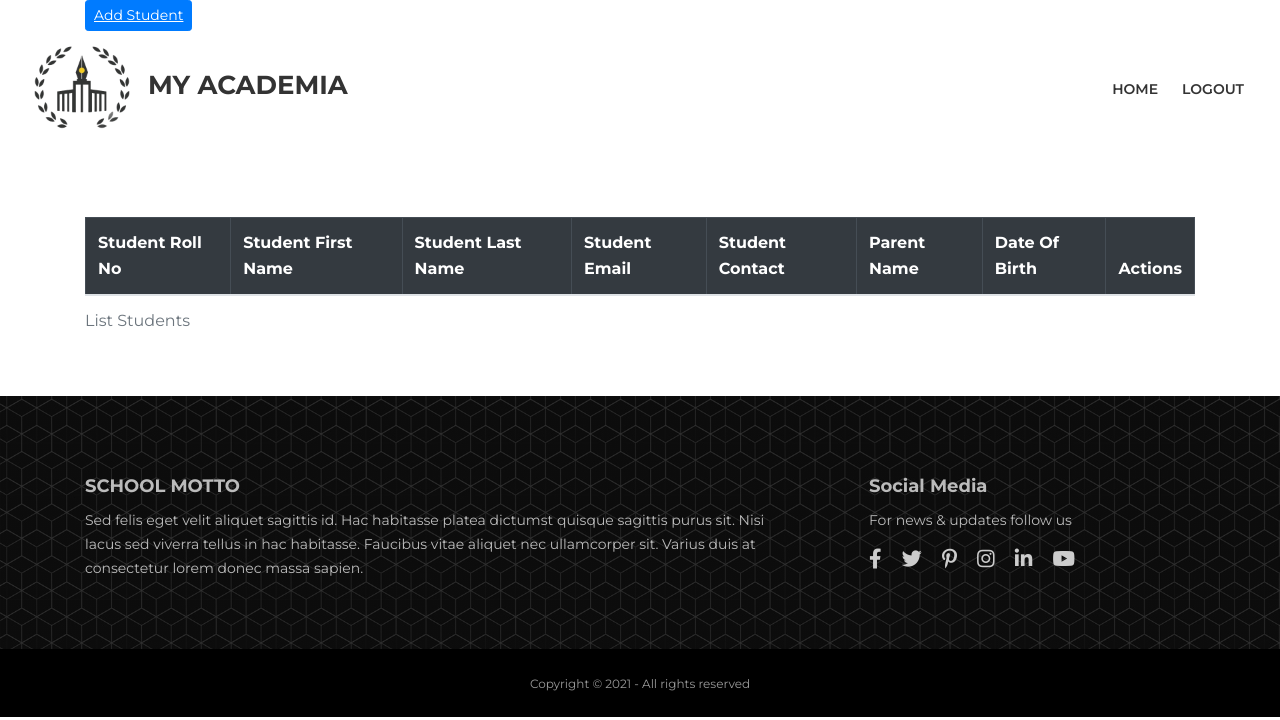
Repository: SaxenaAbhay/DBMS2023
Page: http://localhost/students
These files come from the project's save history. The page is drawn as it stood at one moment and after the next save; the edit follows.
The browser window is 1280 px wide. The pictures show the whole page.
The page is this project's Thymeleaf template; nobody is signed in. The template is opened directly, without the code that normally fills it, so the values that code supplies are empty.

Above is the page before, as saved 2023-10-22 11:04:59.

### school-managment-system/src/main/resources/templates/students.html
<!DOCTYPE html>
<html lang="en">
    <head>
        <meta charset="utf-8">
        <meta name="viewport" content="width=device-width, initial-scale=1, shrink-to-fit=no">

        <!-- SEO Meta Tags -->
        <meta name="description" content="My Academia">
        <meta name="keywords" content="school website, responsive">
        <meta name="author" content="Yashwini Bansal">

        <!-- Website Title -->
        <title>My Academia</title>

        <link href="https://fonts.googleapis.com/css?family=Montserrat:400,400i,600,700,700i&display=swap" rel="stylesheet">

        <link href="css/bootstrap.css" rel="stylesheet">
        <link href="css/fontawesome-all.css" rel="stylesheet">
        <link href="css/swiper.css" rel="stylesheet">
        <link href="css/styles.css" rel="stylesheet">

        <link rel="icon" href="images/logo2.jpg">

        <!-- Scripts -->
        <script src="js/jquery.min.js" defer></script>
        <script src="js/popper.min.js" defer></script>
        <script src="js/bootstrap.min.js" defer></script>
        <script src="js/jquery.easing.min.js" defer></script>
        <script src="js/swiper.min.js" defer></script>
        <script src="js/validator.min.js" defer></script>
        <script src="js/scripts.js" defer></script>
    </head>
    <body  data-spy="scroll"  data-target=".fixed-top">

        <!-- Preloader -->
        <div class="spinner-wrapper">
            <div class="spinner">
                <div class="bounce1"></div>
                <div class="bounce2"></div>
                <div class="bounce3"></div>
            </div>
        </div>
        <!-- end of preloader -->


        <!-- Navigation -->
        <nav class="navbar navbar-expand-lg navbar-dark navbar-custom fixed-top">

            <!-- Logo -->
            <a class="navbar-brand logo-image" href="./index.html"><img src="./images/logo.jpg"></a><h3>MY ACADEMIA</h3>

            <!-- Mobile Menu Toggle Button -->
            <button class="navbar-toggler" type="button" data-toggle="collapse" data-target="#navbarsExampleDefault" aria-controls="navbarsExampleDefault" aria-expanded="false" aria-label="Toggle navigation">
                <span class="navbar-toggler-awesome fas fa-bars"></span>
                <span class="navbar-toggler-awesome fas fa-times"></span>
            </button>
            <!-- end of mobile menu toggle button -->

            <div class="collapse navbar-collapse" id="navbarsExampleDefault">
                <ul class="navbar-nav ml-auto">
                    <li class="nav-item">
                        <a class="nav-link page-scroll" href="./dashboard.html">HOME</a>
                    </li>
                    <li class="nav-item">
                        <a class="nav-link page-scroll" href="./login.html">LOGOUT</a>
                    </li>
                </ul>
            </div>
        </nav>


            <!--<div class="col-md-4 mt-1">
                <div class="card text-center sidebar">
                    <div class="card-body">
                        <img src = "./images/prof.png" class="rounded-circle" width="150">
                        <div class="mt-3">
                            <a href="./subjects.html">SUBJECTS</a>
                            <a href="./stud_attendance.html">ATTENDANCE</a>
                            <a href="./stud_marks.html">RESULTS</a>
                        </div>
                    </div>
                </div>
            </div>
            <div class="col-md-8 mt-1">
                <div class="card mb-3 content">
                    <h1 class="m-3 pt-3">Hello STUD_NAME...</h1>
                    <div class="card-body">
                        <div class="row">
                            <div class="col-md-3"><h5>Full Name</h5></div>
                            <div class="col-md-9 text-secondary">name</div>
                        </div>
                        <div class="row">
                            <div class="col-md-3"><h5>Class</h5></div>
                            <div class="col-md-9 text-secondary">name</div>
                        </div>
                        <div class="row">
                            <div class="col-md-3"><h5>Enrollment No.</h5></div>
                            <div class="col-md-9 text-secondary">name</div>
                        </div>
                        <div class="row">
                            <div class="col-md-3"><h5>Contact No.</h5></div>
                            <div class="col-md-9 text-secondary">name</div>
                        </div>
                        <div class="row">
                            <div class="col-md-3"><h5>Email id</h5></div>
                            <div class="col-md-9 text-secondary">name</div>
                        </div>
                        <div class="row">
                            <div class="col-md-3"><h5>Permanent address</h5></div>
                            <div class="col-md-9 text-secondary">name</div>
                        </div>
                        <div class="row">
                            <div class="col-md-3"><h5>D.O.B.</h5></div>
                            <div class="col-md-9 text-secondary">name</div>
                        </div>
                        <div class="row">
                            <div class="col-md-3"><h5>Blood Group</h5></div>
                            <div class="col-md-9 text-secondary">name</div>
                        </div>
                        <div class="row">
                            <div class="col-md-3"><h5>Aadhaar No.</h5></div>
                            <div class="col-md-9 text-secondary">name</div>
                        </div>
                    </div>
                </div>
            </div>-->
        <div class="container">
		<!--<div class="row">
			<h1> List Students</h1>
		</div>-->
		<div class ="row">
            <div class="col-lg-3">
                <a th:href="@{/students/new}" class="btn btn-primary btn-sm mb-3">Add Student</a>
            </div>
        </div>
		<table class="table table-striped table-bordered" >
			<caption>List Students</caption>
		<thead class="table-dark">
			<tr>
				<th>Student Roll No</th>
				<th>Student First Name</th>
				<th>Student Last Name</th>
				<th>Student Email</th>
				<th>Student Contact</th>
				<th>Parent Name</th>
				<th>Date Of Birth</th>
				<th>Actions</th>
			</tr>
		</thead>
		<tbody>
			<tr th:each="student: ${students}">
				<td th:text = "${student.scholarId}"></td>
				<td th:text = "${student.firstname}"></td>
				<td th:text = "${student.lastname}"></td>
				<td th:text = "${student.email}"></td>
				<td th:text = "${student.contact}"></td>
				<td th:text = "${student.parentName}"></td>
				<td th:text = "${student.dob}"></td>
				<td>
					<a th:href="@{/students/edit/{scholarId}(scholarId=${student.scholarId})}" class="btn btn-primary">Update</a>
					<a th:href="@{/students/{scholarId}(scholarId=${student.scholarId})}" class="btn btn-danger">Delete</a>

				</td>
			</tr>
		</tbody>
		</table>
	</div>

       <!-- <a class="btn-solid-reg chng-pswd" href="">Change Password</a>-->
        <div class="clearfix"></div>

        <!-- Footer -->
        <div class="footer">
            <div class="container">
                <div class="row">
                    <div class="col-md-8">
                        <div class="footer-col first">
                            <h5>SCHOOL MOTTO</h5>
                            <p class="p-small">Sed felis eget velit aliquet sagittis id. Hac habitasse platea dictumst quisque sagittis purus sit. Nisi lacus sed viverra tellus in hac habitasse. Faucibus vitae aliquet nec ullamcorper sit. Varius duis at consectetur lorem donec massa sapien.</p>
                        </div>
                    </div> <!-- end of col -->
                    <div class="col-md-4">
                        <div class="footer-col fourth">
                            <h5>Social Media</h5>
                            <p class="p-small">For news & updates follow us</p>
                            <a href="#your-link">
                                <i class="fab fa-facebook-f"></i>
                            </a>
                            <a href="#your-link">
                                <i class="fab fa-twitter"></i>
                            </a>
                            <a href="#your-link">
                                <i class="fab fa-pinterest-p"></i>
                            </a>
                            <a href="#your-link">
                                <i class="fab fa-instagram"></i>
                            </a>
                            <a href="#your-link">
                                <i class="fab fa-linkedin-in"></i>
                            </a>
                            <a href="#your-link">
                                <i class="fab fa-youtube"></i>
                            </a>
                        </div>
                    </div> <!-- end of col -->
                </div> <!-- end of row -->
            </div> <!-- end of container -->
        </div> <!-- end of footer -->
        <!-- end of footer -->


        <!-- Copyright -->
        <div class="copyright">
            <div class="container">
                <div class="row">
                    <div class="col-lg-12">
                        <p class="p-small">Copyright © 2021 - All rights reserved</p>
                    </div> <!-- end of col -->
                </div> <!-- enf of row -->
            </div> <!-- end of container -->
        </div> <!-- end of copyright -->
        <!-- end of copyright -->
    </body>
</html>

Loaded but not shown: school-managment-system/src/main/resources/static/css/bootstrap.css (library); school-managment-system/src/main/resources/static/css/fontawesome-all.css (library); school-managment-system/src/main/resources/static/css/swiper.css (library); school-managment-system/src/main/resources/static/js/jquery.min.js (library); school-managment-system/src/main/resources/static/js/popper.min.js (library); school-managment-system/src/main/resources/static/js/bootstrap.min.js (library); school-managment-system/src/main/resources/static/js/jquery.easing.min.js (library); school-managment-system/src/main/resources/static/js/swiper.min.js (library); school-managment-system/src/main/resources/static/js/validator.min.js (library); school-managment-system/src/main/resources/static/js/scripts.js (177 lines, source omitted); school-managment-system/src/main/resources/static/css/styles.css (1735 lines, source omitted)

After the next save:
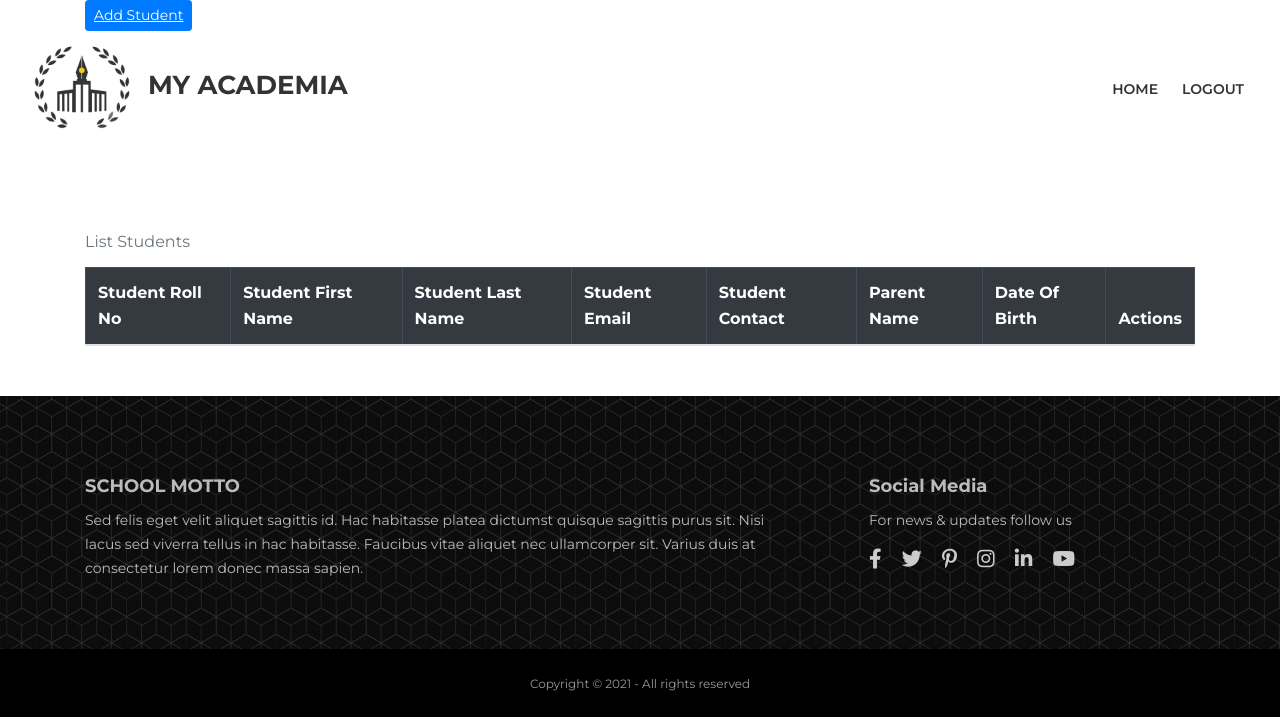
Saved 2 min 4 s later.
--- a/school-managment-system/src/main/resources/templates/students.html
+++ b/school-managment-system/src/main/resources/templates/students.html
@@ -134,7 +134,7 @@
             </div>
         </div>
 		<table class="table table-striped table-bordered" >
-			<caption>List Students</caption>
+			<caption style="caption-side:top">List Students</caption>
 		<thead class="table-dark">
 			<tr>
 				<th>Student Roll No</th>
